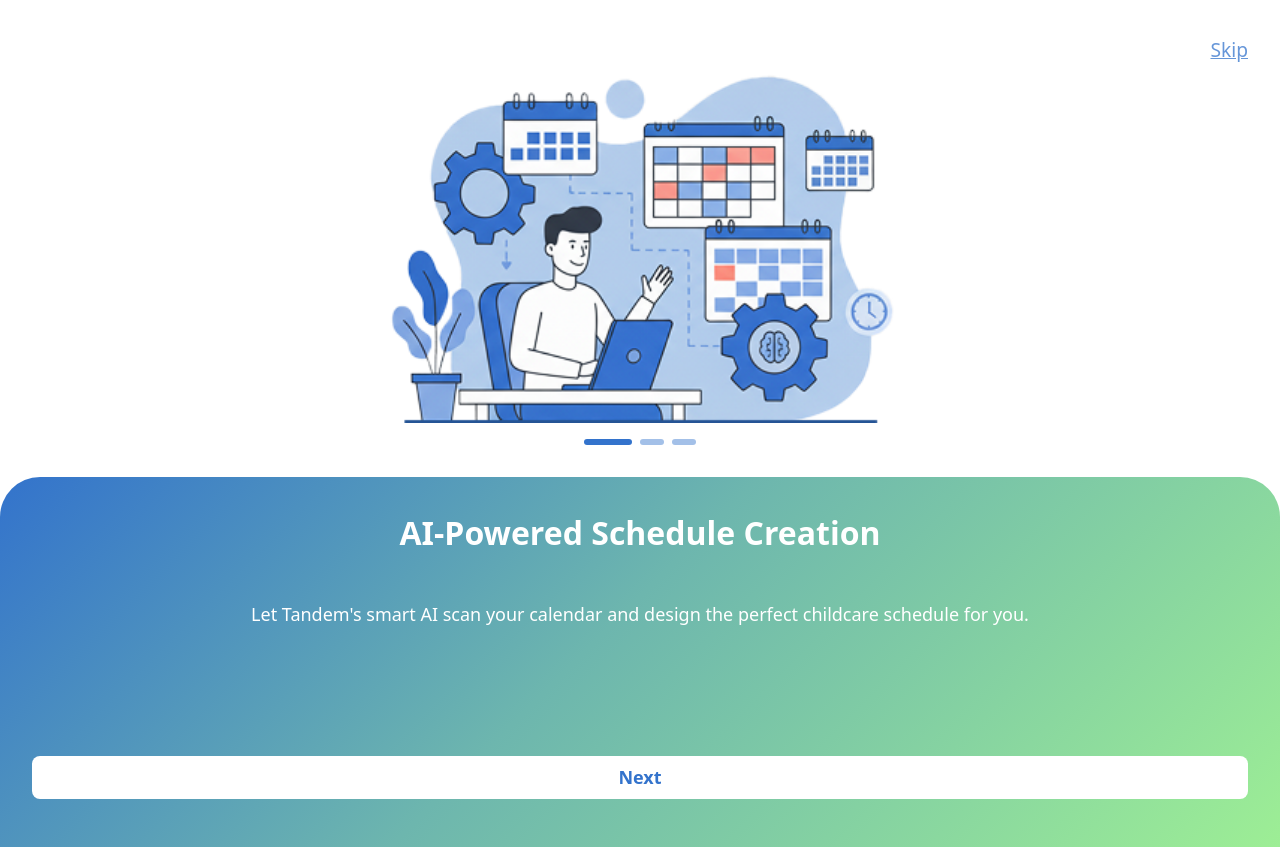
Repository: IDSP-TRADECARE/Tandem
Page: /boarding/features
The author's editor kept a copy of each file at every save. The page is drawn from the files as they stood at one save, then again after the next save.
The browser window is 1280 px wide. The pictures show the whole page.
The page's requests for data from a server got no answer. Some web fonts or font styles are not loaded; a fallback is used. The project was rebuilt for these pictures with package versions that can differ from the ones it lists, and the page was loaded fresh each time. Some packages were replaced by stand-ins written for this rebuild. The framework's server and built-in components were replaced by stand-ins that run in the browser. No one was signed in, and anything a server would have sent is missing. Also part of the build but not shown: next.config.ts, src/app/components/auth/AuthGuard.tsx.

Above is the page before, as saved 2025-11-23 00:28:43.

After the next save:
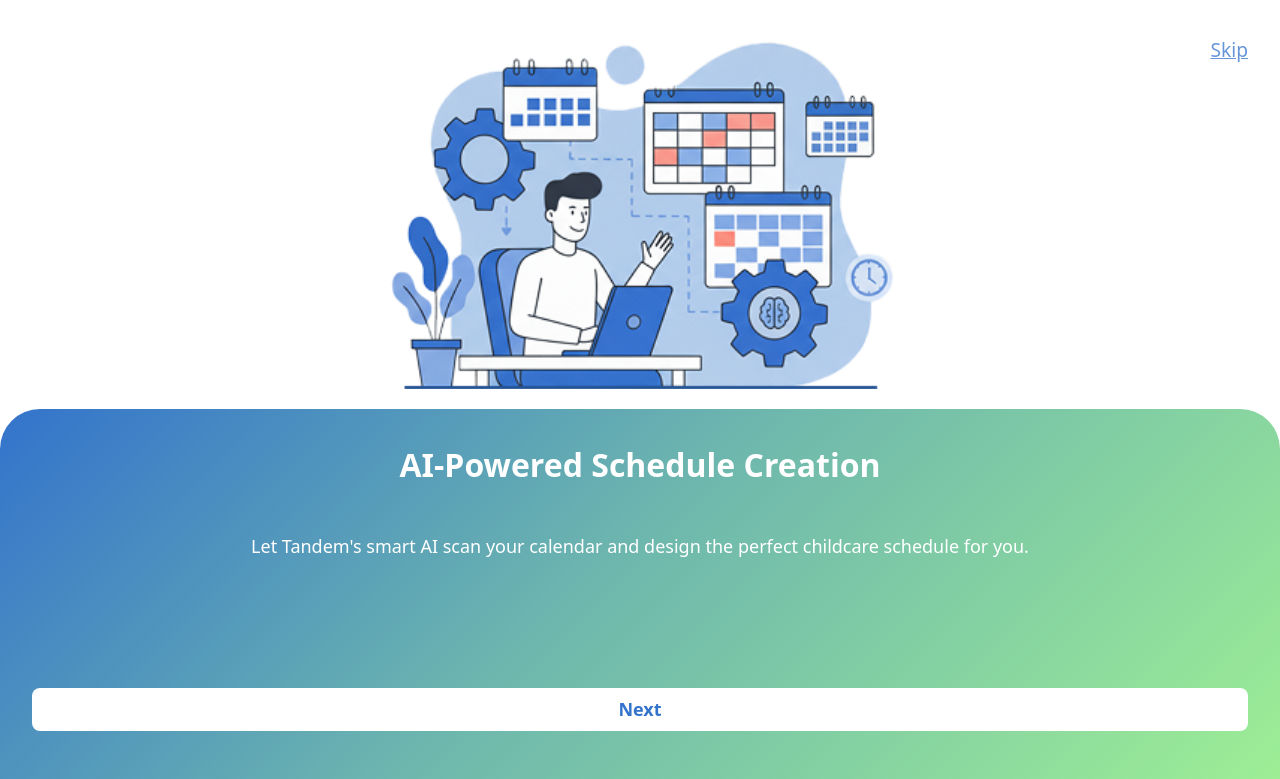
Saved 4 s later.
--- a/src/app/boarding/features/features.module.css
+++ b/src/app/boarding/features/features.module.css
@@ -42,10 +42,12 @@
 }
 
 .imageContainer img {
-    width: 90%;
-    max-width: 600px;
+    width: 100%;
+    max-width: 500px;
+    min-width: 350px;
     height: auto;
     object-fit: contain;
+    transform: scale(1.2);
 }
 
 .progressDots {
